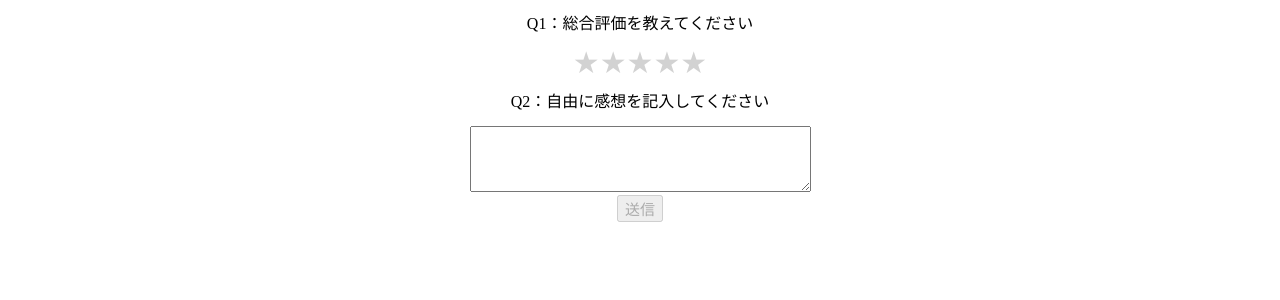
Repository: mikumiura/intern-chatbot
Page: templates/first-page.html
The author's editor kept a copy of each file at every save. The page is drawn from the files as they stood at one save, then again after the next save.
The browser window is 1280 px wide. The pictures show the whole page.

Above is the page before, as saved 2022-08-24 02:27:45.

### templates/first-page.html
<!DOCTYPE html>
<html>

<head>
    <meta charset="utf-8">
    <meta name="viewport" content="width=device-width, initial-scale=1.0">
    <title>チャットボット満足度アンケート</title>

    <link rel="stylesheet" href="static/style.css" type="text/css">
</head>

<!--  style="text-align:center" -->

<body style="text-align:center">
    <script src="https://unpkg.com/vue@next"></script>
    <script src="https://unpkg.com/axios/dist/axios.min.js"></script>

    <div id = "app">
        <div>
            <p>Q1：総合評価を教えてください</p>
            <div>
                <div v-bind:class="{'star-gold':stars[0], 'star-gray':!stars[0]}" v-on:click="star(1)" class="pointer size-30">★</div>
                <div v-bind:class="{'star-gold':stars[1], 'star-gray':!stars[1]}" v-on:click="star(2)" class="pointer size-30">★</div>
                <div v-bind:class="{'star-gold':stars[2], 'star-gray':!stars[2]}" v-on:click="star(3)" class="pointer size-30">★</div>
                <div v-bind:class="{'star-gold':stars[3], 'star-gray':!stars[3]}" v-on:click="star(4)" class="pointer size-30">★</div>
                <div v-bind:class="{'star-gold':stars[4], 'star-gray':!stars[4]}" v-on:click="star(5)" class="pointer size-30">★</div>
            </div>
        </div>

        <div>
            <p>Q2：自由に感想を記入してください</p>
            <div>
                <textarea v-model="comment" cols="40" rows="4"></textarea> <!-- v-on:hogehoge（入力に関する処理の感知）でisActive()をtrueに -->
            </div>
        </div>

        <div>
            <input v-bind:disabled="comment==''" v-on:click="submit()" type="submit" value="送信" class="pointer size-15">
        </div>
    </div>

</body>
</html>

<script>
    let stars = [false, false, false, false, false];

    const Star = {
        data() {
            return {
                stars,
                rate: 0,
                comment: ""
            }
        },
        methods: {
            star: function(num) {
                this.rate = num
                // 1~num番目までをtrueに置き換える処理
                for (let i=0; i<num; i++) {
                    this.stars.splice(i, 1, true)
                }
                // num+1~5番目までをfalseに置き換える処理
                for (let i=num; i<5; i++) {
                    this.stars.splice(i, 1, false)
                }
            },
            submit: function() {
                alert("送信完了")

                axios.post('/test1', {
                    rate: this.rate,
                    comment: this.comment
                })
                .then(function(response) {
                    console.log(response)
                })
                .catch(function(error) {
                    console.log(error)
                })

                window.open('/test2', null)
            }
        }
    }
    Vue.createApp(Star).mount("#app")
</script>

### static/style.css
div div div div {
    display: inline-block;
}

div {
    line-height: 1;
}

.star-gold {
    color: #ffd700;
}

.star-orange {
    color: #ffa500;
}

.star-gray {
    color: #d2d2d2;
}

.pointer {
    cursor: pointer;
}

.size-15 {
    font-size: 15px;
}

.size-30 {
    font-size: 30px;
}

After the next save:
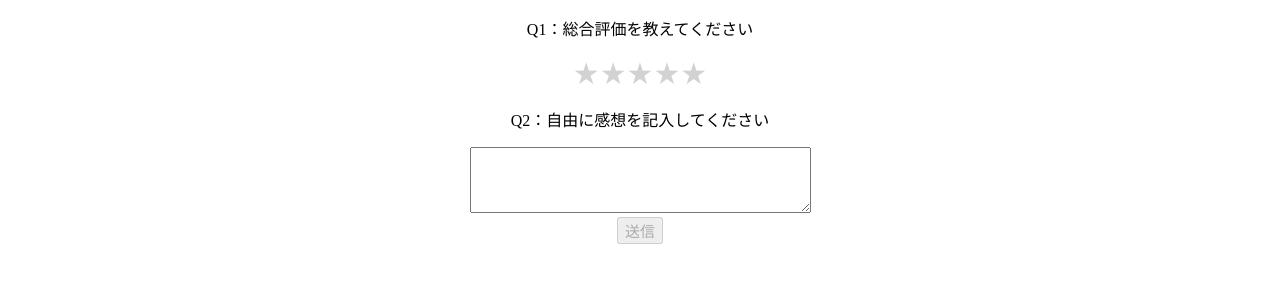
Saved 113 s later.
--- a/static/style.css
+++ b/static/style.css
@@ -1,9 +1,5 @@
 div div div div {
     display: inline-block;
-}
-
-div {
-    line-height: 1;
 }
 
 .star-gold {
@@ -29,3 +25,7 @@ div {
 .size-30 {
     font-size: 30px;
 }
+
+.lineheight-2 {
+    line-height: 2;
+}
